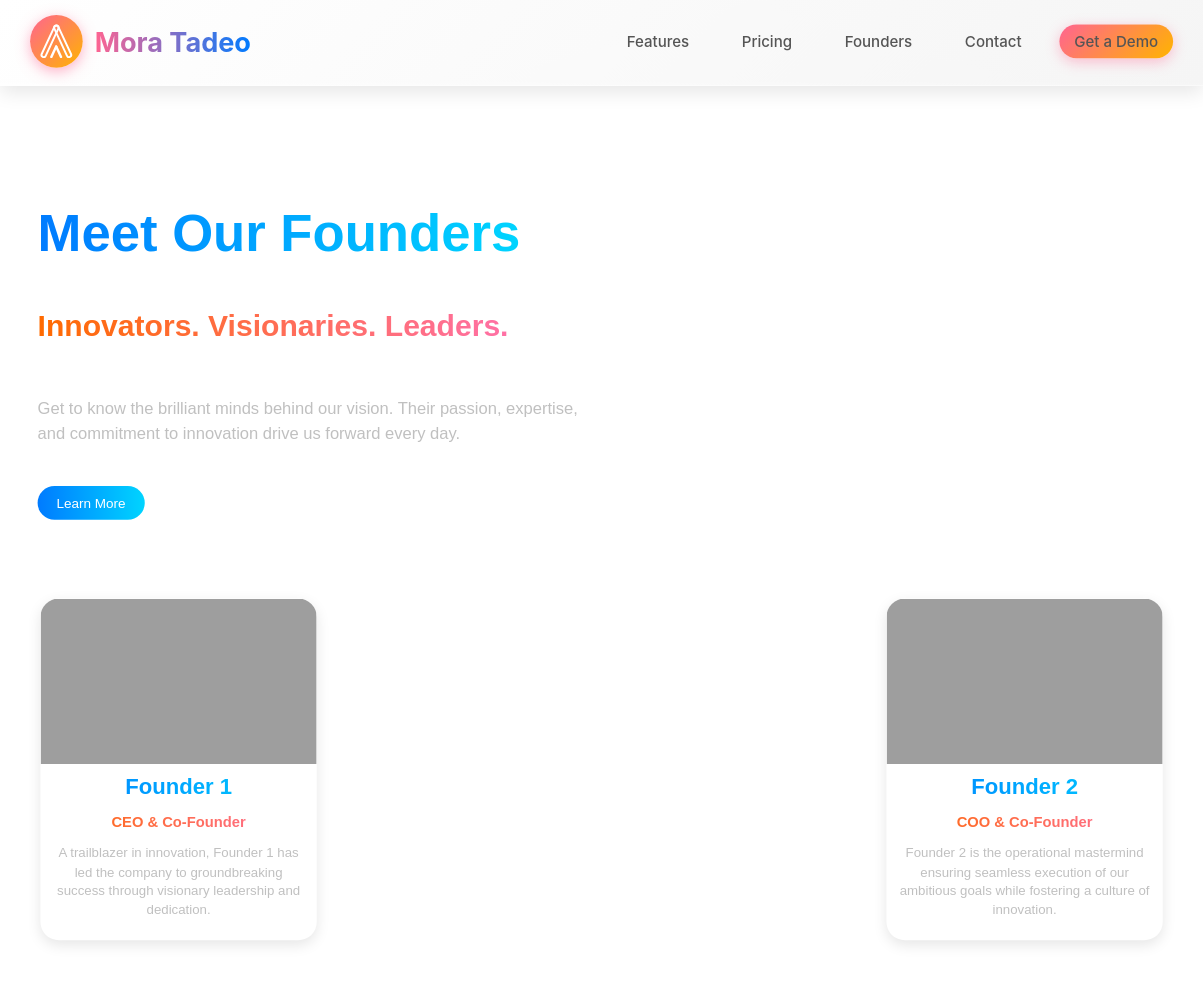
Repository: AbrahamM007/moratadeo
Page: /founders
The author's editor kept a copy of each file at every save. The page is drawn from the files as they stood at one save, then again after the next save.
The browser window is 1280 px wide. The pictures show the whole page, at 94% of full size.
Pictures or frames that could not be fetched are drawn as grey boxes. The project was rebuilt for these pictures with package versions that can differ from the ones it lists, and the page was loaded fresh each time. Also part of the build but not shown: src/HeroSection.css, src/HeroSection.js, src/InfoSection.css, src/InfoSection.js, src/RoadmapSection.css, src/RoadmapSection.js, src/DesignPhaseSection.js, src/HeroBanner.js and 7 more.

Above is the page before, as saved 2025-01-12 22:34:17.

After the next save:
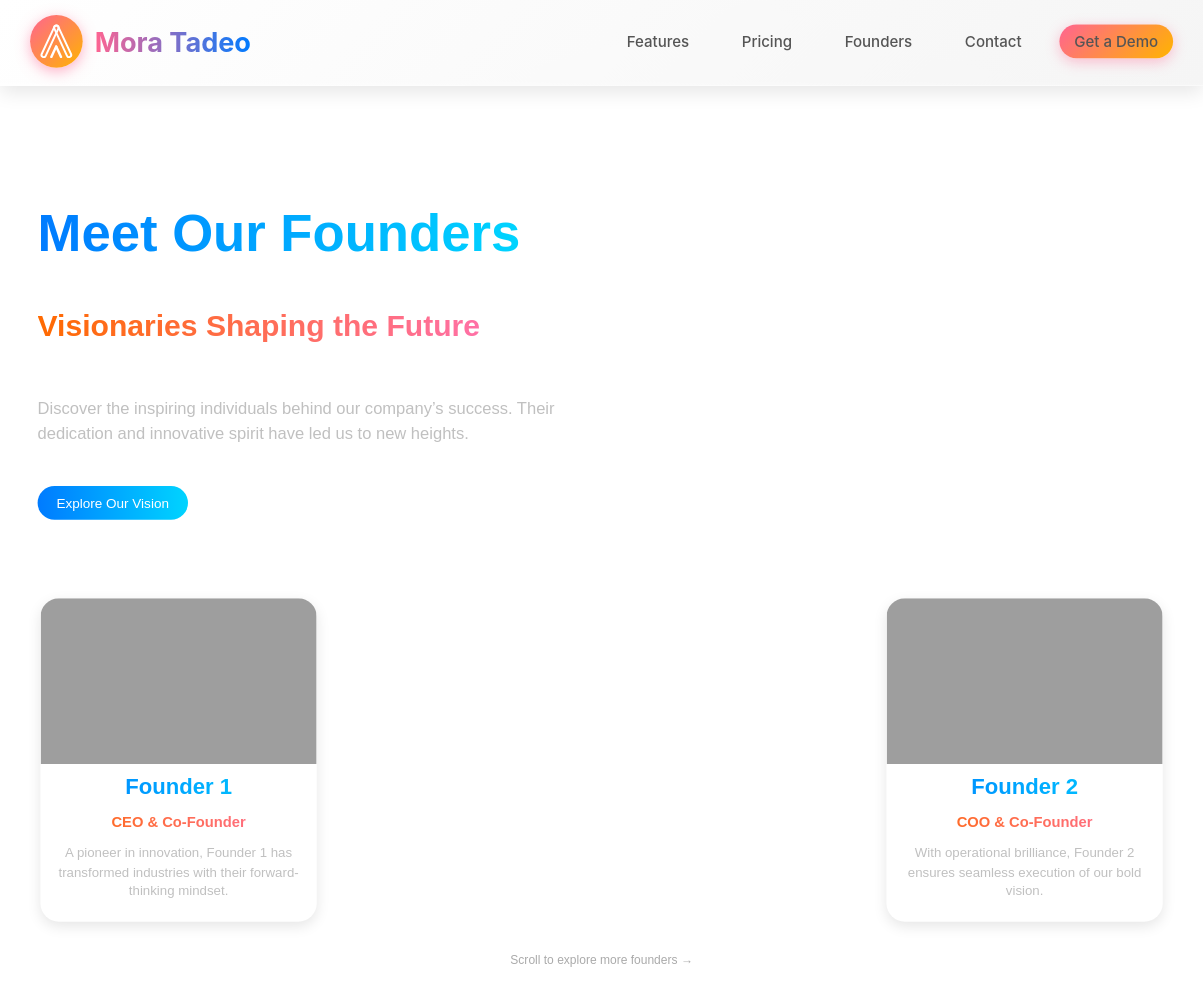
Saved 7 s later.
--- a/src/FoundersPage.js
+++ b/src/FoundersPage.js
@@ -7,12 +7,16 @@ const FoundersPage = () => {
       {/* Hero Section */}
       <section className="founders-hero">
         <h1 className="founders-hero-title">Meet Our Founders</h1>
-        <h2 className="founders-hero-subtitle">Innovators. Visionaries. Leaders.</h2>
+        <h2 className="founders-hero-subtitle">Visionaries Shaping the Future</h2>
         <p className="hero-paragraph">
-          Get to know the brilliant minds behind our vision. Their passion,
-          expertise, and commitment to innovation drive us forward every day.
+          Discover the inspiring individuals behind our company’s success.
+          Their dedication and innovative spirit have led us to new heights.
         </p>
-        <button className="hero-button">Learn More</button>
+        <button className="hero-button">Explore Our Vision</button>
+
+        {/* Decorative Overlapping Shapes */}
+        <div className="decorative-block block1"></div>
+        <div className="decorative-block block2"></div>
       </section>
 
       {/* Founders Section */}
@@ -29,8 +33,8 @@ const FoundersPage = () => {
           <h2 className="founder-name">Founder 1</h2>
           <h3 className="founder-title">CEO & Co-Founder</h3>
           <p className="founder-bio">
-            A trailblazer in innovation, Founder 1 has led the company to
-            groundbreaking success through visionary leadership and dedication.
+            A pioneer in innovation, Founder 1 has transformed industries with
+            their forward-thinking mindset.
           </p>
         </div>
 
@@ -46,10 +50,14 @@ const FoundersPage = () => {
           <h2 className="founder-name">Founder 2</h2>
           <h3 className="founder-title">COO & Co-Founder</h3>
           <p className="founder-bio">
-            Founder 2 is the operational mastermind ensuring seamless execution
-            of our ambitious goals while fostering a culture of innovation.
+            With operational brilliance, Founder 2 ensures seamless execution
+            of our bold vision.
           </p>
         </div>
+      </div>
+
+      <div className="founders-scroll-indicator">
+        Scroll to explore more founders →
       </div>
     </div>
   );
